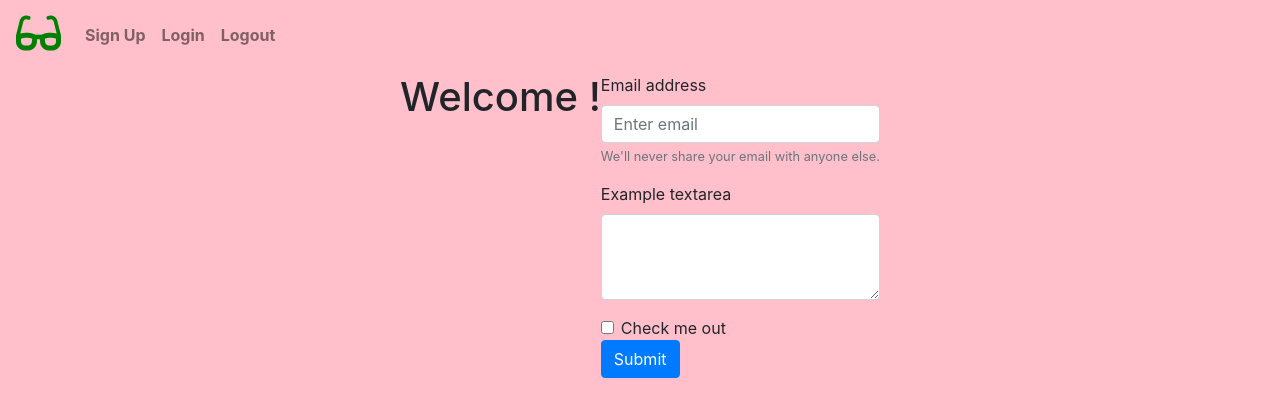
Repository: NeiloErnesto89/Data_Centric_Dev_Milestone_Project3
Page: templates/comments.html
The author's editor kept a record of every edit. The page is drawn from the files as they stood at one moment, then again after the next edit.
The browser window is 1280 px wide. The pictures show the whole page.
Some web libraries are served in a nearby version. The template is drawn by Flask 3. The application's start-up code is not run. Other server files are loaded and not shown. The template is opened directly, without the code that normally fills it, so the values that code supplies are empty.

Above is the page before.

### templates/comments.html
{% extends 'base.html' %} {% block content %}

<div class="container-fluid">

    <div class="row justify-content-center">

        <h1>Welcome {{ user.username }} !</h1>

        <form>
            <div class="form-group">
                <label for="exampleInputEmail1">Email address</label>
                <input type="email" class="form-control" id="exampleInputEmail1" aria-describedby="emailHelp" placeholder="Enter email">
                <small id="emailHelp" class="form-text text-muted">We'll never share your email with anyone else.</small>
            </div>
            <div class="form-group">
                <label for="exampleFormControlTextarea1">Example textarea</label>
                <textarea class="form-control" id="exampleFormControlTextarea1" rows="3"></textarea>
            </div>
            <div class="form-check">
                <input type="checkbox" class="form-check-input" id="exampleCheck1">
                <label class="form-check-label" for="exampleCheck1">Check me out</label>
            </div>
            <button type="submit" class="btn btn-primary">Submit</button>
        </form>

    </div>

</div>


{% endblock %}

### templates/base.html
<!DOCTYPE html>
<html lang="en">

<head>
    <meta charset="UTF-8">
    <meta name="viewport" content="width=device-width, initial-scale=1.0">
    <meta http-equiv="X-UA-Compatible" content="ie=edge">

    <title>Book Reviews</title>

    <!-- Bootstrap -->
    <link rel="stylesheet" href="https://stackpath.bootstrapcdn.com/bootstrap/4.3.1/css/bootstrap.min.css" integrity="sha384-ggOyR0iXCbMQv3Xipma34MD+dH/1fQ784/j6cY/iJTQUOhcWr7x9JvoRxT2MZw1T" crossorigin="anonymous">

    <!-- Google Font-->
    <link href="https://fonts.googleapis.com/css?family=Montserrat:400,700" rel="stylesheet">

    <!-- Font Awesome-->

    <link rel="stylesheet" href="https://use.fontawesome.com/releases/v5.7.2/css/all.css" integrity="sha384-fnmOCqbTlWIlj8LyTjo7mOUStjsKC4pOpQbqyi7RrhN7udi9RwhKkMHpvLbHG9Sr" crossorigin="anonymous">

    <link rel="stylesheet" href="https://cdnjs.cloudflare.com/ajax/libs/font-awesome/4.7.0/css/font-awesome.min.css">

    <!-- CSS -->

    <link rel="stylesheet" href="{{url_for('static', filename='css/style.css')}}" type="text/css" />


</head>

<body>

    <header>
        <!--NavBar with Burger Icon-->

        <nav class="navbar navbar-expand-lg navbar-light mb-1 text-center">
            <a class="navbar-brand" data-target="#popUpModal" data-toggle="modal"><i class="fas fa-glasses" style="font-size:40px;color:green;"></i></a>
            <button class="navbar-toggler" type="button" data-toggle="collapse" data-target="#navbarTogglerDemo02" aria-controls="navbarTogglerDemo02" aria-expanded="false" aria-label="Toggle navigation">
                            <span class="navbar-toggler-icon"></span>
                          </button>
            <div class="collapse navbar-collapse" id="navbarTogglerDemo02">
                <ul class="navbar-nav mr-auto mt-0 mt-lg-0">

                    <li class="nav-item">
                        <a class="nav-link" href="{{ url_for('signup') }}"><b>Sign Up</b></a>
                    </li>
                    <li class="nav-item">
                        <a class="nav-link" href="{{ url_for('login') }}"><b>Login</b></a>
                    </li>
                    <li class="nav-item">
                        <a class="nav-link" href="{{ url_for('logout') }}"><b>Logout</b></a>
                    </li>


                </ul>
            </div>
        </nav>

    </header>

    <div class="container-fluid">

        {% block content %} {% endblock %}
    </div>






    <!-- JQuery -->
    <script src="https://cdnjs.cloudflare.com/ajax/libs/jquery/3.2.1/jquery.min.js"></script>

    <!-- Bootstrap JS-->

    <script src="https://code.jquery.com/jquery-3.3.1.slim.min.js" integrity="sha384-q8i/X+965DzO0rT7abK41JStQIAqVgRVzpbzo5smXKp4YfRvH+8abtTE1Pi6jizo" crossorigin="anonymous"></script>
    <script src="https://cdnjs.cloudflare.com/ajax/libs/popper.js/1.14.7/umd/popper.min.js" integrity="sha384-UO2eT0CpHqdSJQ6hJty5KVphtPhzWj9WO1clHTMGa3JDZwrnQq4sF86dIHNDz0W1" crossorigin="anonymous"></script>
    <script src="https://stackpath.bootstrapcdn.com/bootstrap/4.3.1/js/bootstrap.min.js" integrity="sha384-JjSmVgyd0p3pXB1rRibZUAYoIIy6OrQ6VrjIEaFf/nJGzIxFDsf4x0xIM+B07jRM" crossorigin="anonymous"></script>



    <!--  <script type="text/javascript">
        $(document).ready(function() {
            $('.collapsible').collapsible();
        });
    </script>  -->
</body>

</html>

### static/css/style.css
body {
  background-color: pink;
}


/* Paginate Button on All Reviews.html (taken from w3 schools*/

.paginate {
  display: inline-block;
}

.paginate a {
  color: black;
  float: left;
  padding: 8px 16px;
  text-decoration: none;
  margin: 15px;
}

.paginate a.active {
  background-color: #4CAF50;
  color: white;
  border-radius: 5px;
}

.paginate a:hover:not(.active) {
  background-color: #ddd;
  border-radius: 5px;
}

/* all_reviews.html - book review cards*/

.card {
  margin: 5px;
  border: 8px solid rgb(5, 187, 5);
  border-radius: 3rem;
}

After the next edit:
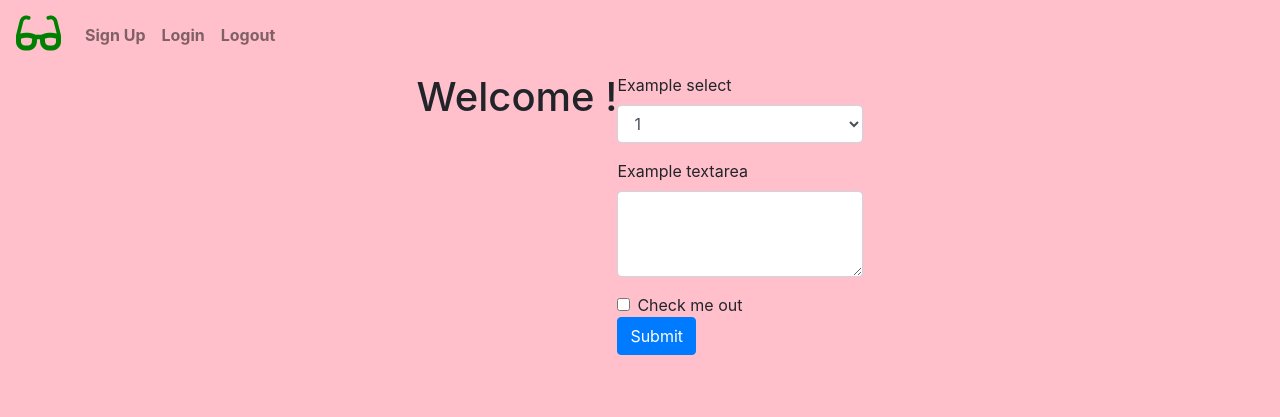
The edit:
--- a/templates/comments.html
+++ b/templates/comments.html
@@ -8,9 +8,14 @@
 
         <form>
             <div class="form-group">
-                <label for="exampleInputEmail1">Email address</label>
-                <input type="email" class="form-control" id="exampleInputEmail1" aria-describedby="emailHelp" placeholder="Enter email">
-                <small id="emailHelp" class="form-text text-muted">We'll never share your email with anyone else.</small>
+                <label for="exampleFormControlSelect1">Example select</label>
+                <select class="form-control" id="exampleFormControlSelect1">
+                  <option>1</option>
+                  <option>2</option>
+                  <option>3</option>
+                  <option>4</option>
+                  <option>5</option>
+                </select>
             </div>
             <div class="form-group">
                 <label for="exampleFormControlTextarea1">Example textarea</label>
